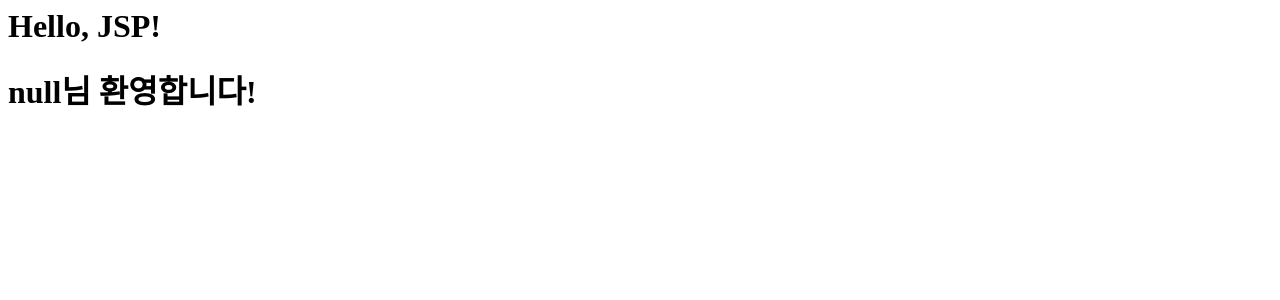
Repository: kys3189/jsp
Page: http://localhost/servlet/home
These files come from the project's save history. The page is drawn as it stood at one moment and after the next save; the edit follows.
The browser window is 1280 px wide. The pictures show the whole page.
The page is served by Tomcat 9.

Above is the page before, as saved 2025-03-05 01:34:14.

After the next save:
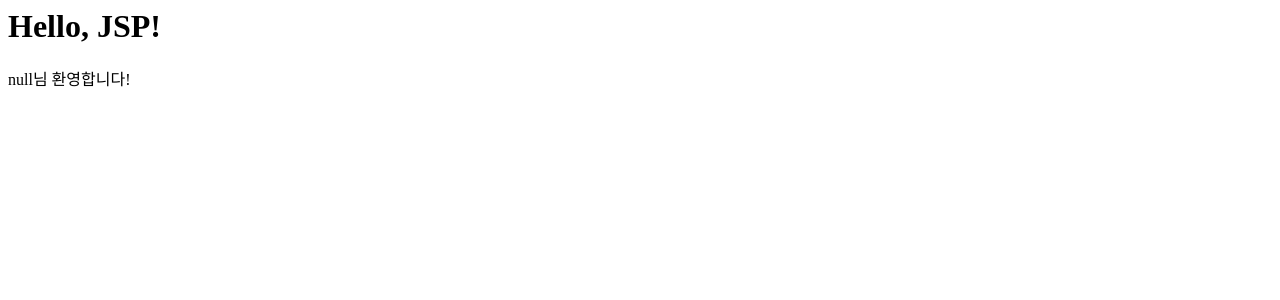
Saved 70 s later.
--- a/servlet/src/main/java/com/app/servlet/MyServlet.java
+++ b/servlet/src/main/java/com/app/servlet/MyServlet.java
@@ -34,7 +34,7 @@ public class MyServlet extends HttpServlet {
 		System.out.println(request.getParameter("name"));
 		name = request.getParameter("name");
 
-		out.print("<h1>Hello, JSP!<h1>");
+		out.print("<h1>Hello, JSP!</h1>");
 		out.print(name +"님 환영합니다!");
 		out.close();
 
